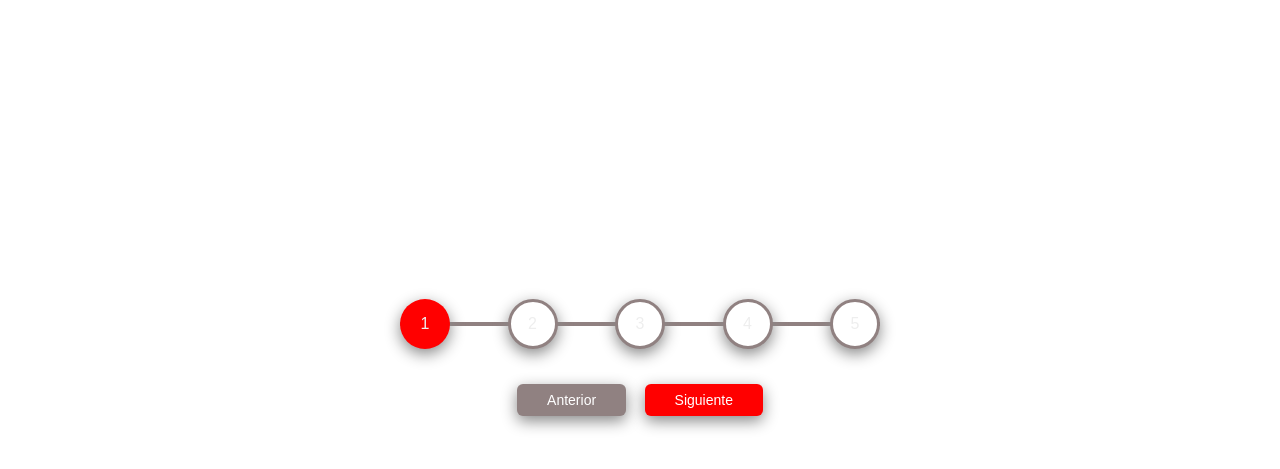
Repository: ElideZavala/Linea-de-tiempo
Page: index.html
These files come from the project's save history. The page is drawn as it stood at one moment and after the next save; the edit follows.
The browser window is 1280 px wide. The pictures show the whole page.
Some web fonts or font styles are not loaded; a fallback is used.

Above is the page before, as saved 2021-05-28 10:07:45.

After the next save:
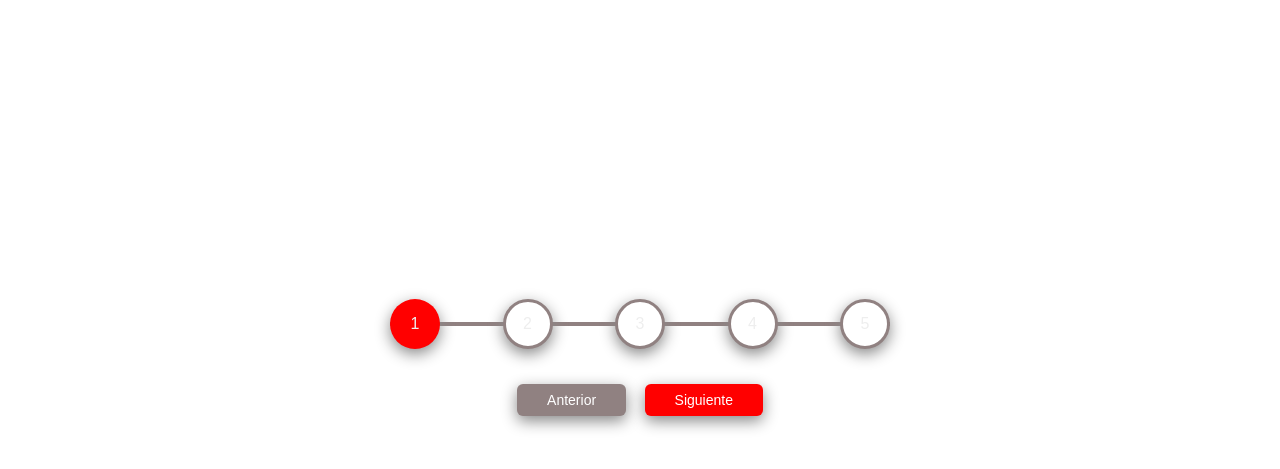
Saved 21 s later.
--- a/style.css
+++ b/style.css
@@ -32,7 +32,7 @@ body {
 	position: relative;
 	margin-bottom: 30px;
 	max-width: 100%;
-	width: 480px;
+	width: 500px;
 }
 
 .progress-container::before {
